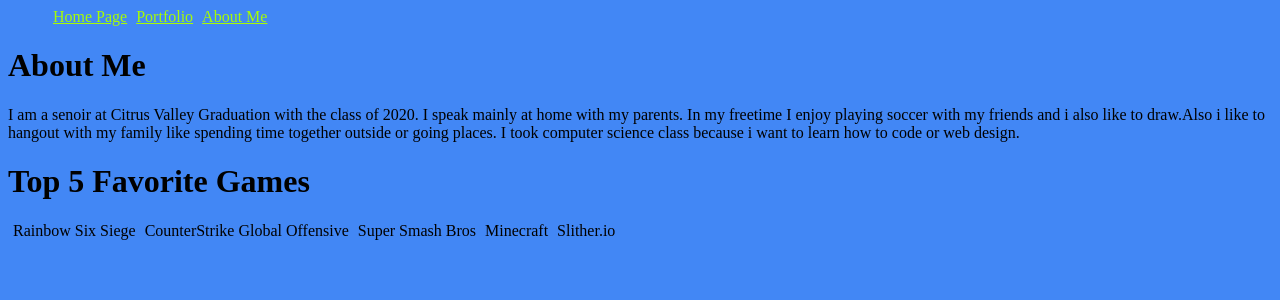
Repository: KevinBach02/KevinBach02.github.io
Page: about.html
The author's editor kept a record of every edit. The page is drawn from the files as they stood at one moment, then again after the next edit.
The browser window is 1280 px wide. The pictures show the whole page.

Above is the page before.

After the next edit:
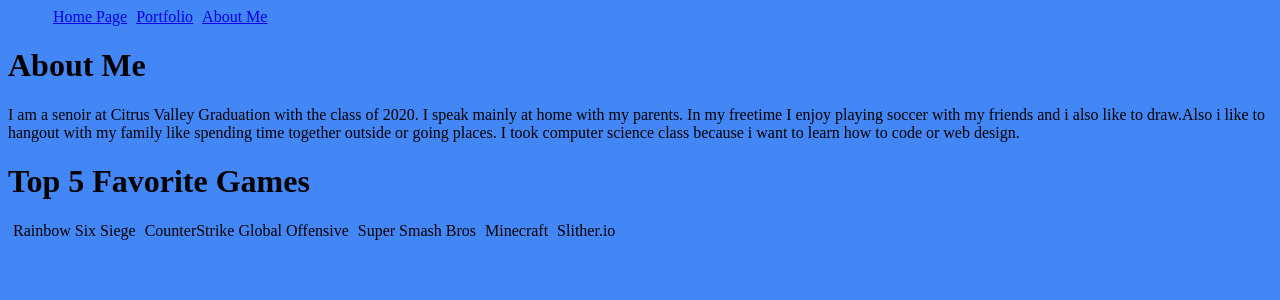
The edit:
--- a/styles/style.css
+++ b/styles/style.css
@@ -5,8 +5,8 @@
 }
 
 a{
-    color:#a6fc05;
-    text-decoration:none:
+  color:
+
 }
 
 li{
